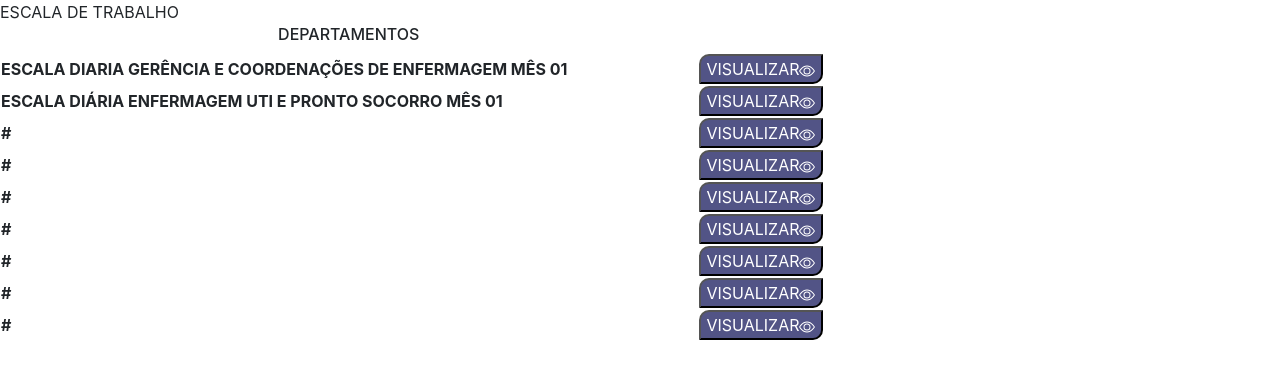
Repository: Leandromarim/INTRANET_PARTICULAR
Page: escala_trabalho.html
These files come from the project's save history. The page is drawn as it stood at one moment and after the next save; the edit follows.
The browser window is 1280 px wide. The pictures show the whole page.

Above is the page before, as saved 2021-12-30 10:01:45.
Not found: ajax.js

After the next save:
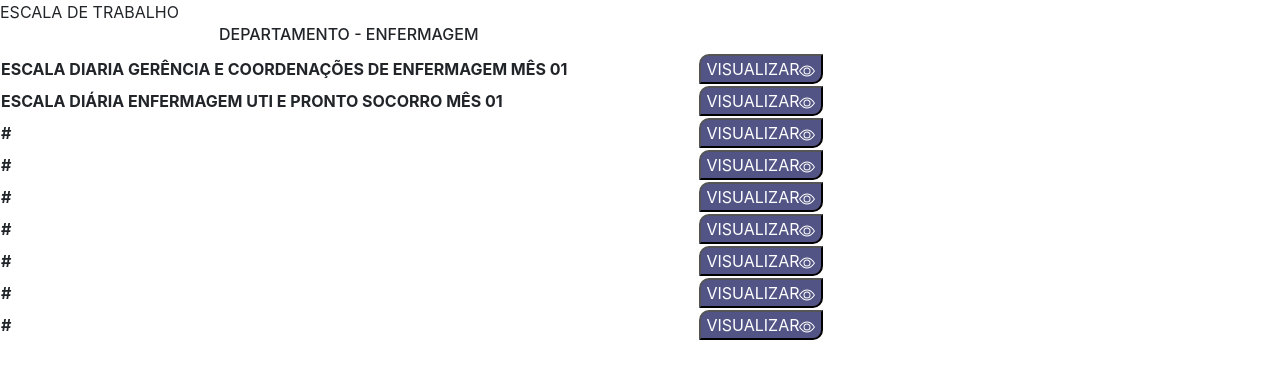
Saved 68 s later.
--- a/escala_trabalho.html
+++ b/escala_trabalho.html
@@ -26,7 +26,7 @@
             <table class="col-sm-6 col-lg-8">
                 <thead>
                     <th class="titulo-setor" colspan="2">
-                        <h6>DEPARTAMENTOS</h6>
+                        <h6>DEPARTAMENTO - ENFERMAGEM</h6>
                     </th>
                 </thead>
                 <tbody class="col-sm-6 col-lg-8">
